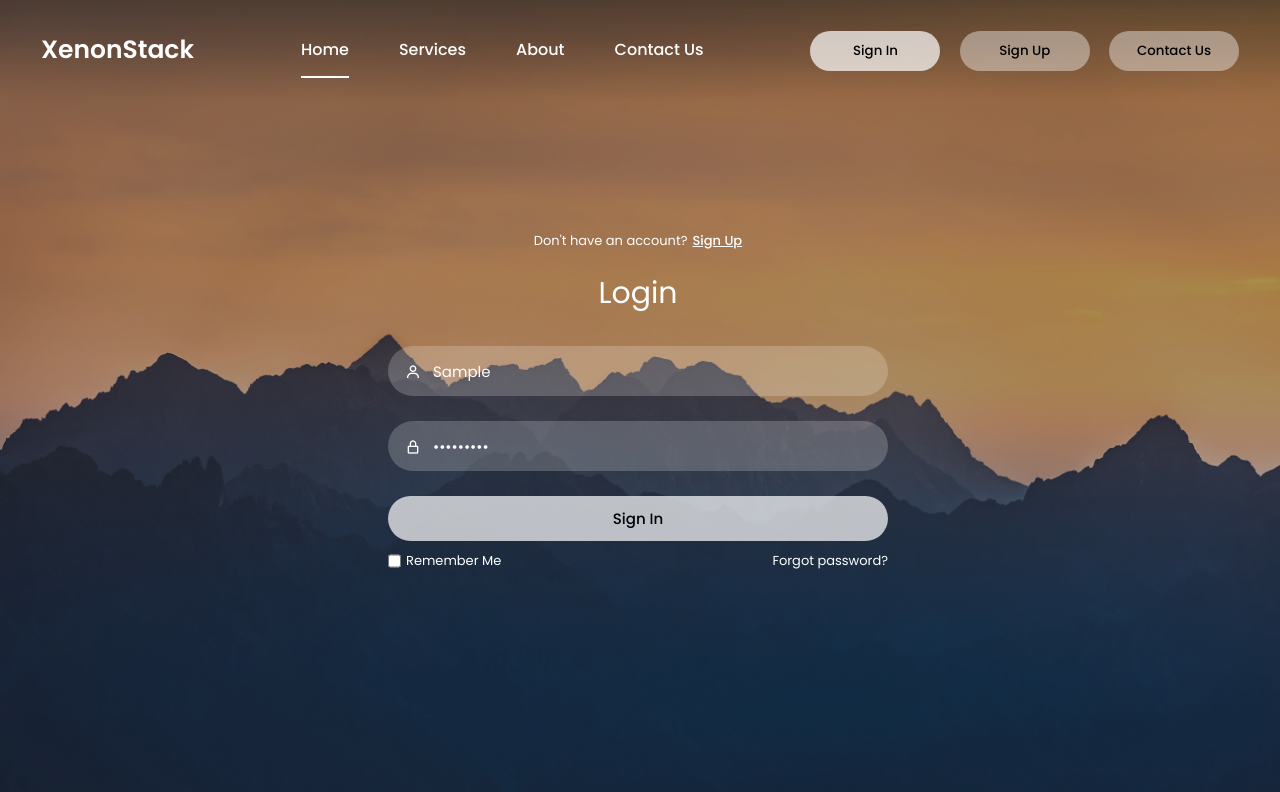
Repository: Abhikumar9061/Round2
Page: public/index.html
The author's editor kept a copy of each file at every save. The page is drawn from the files as they stood at one save, then again after the next save.
The browser window is 1280 px wide. The pictures show the whole page.
Empty fields were first filled with sample values (such as "Sample", 5 or name@example.com).
After loading, the first visible `button[onclick="contactForm()"]` was clicked once.
Backgrounds fixed to the window are drawn as part of the page.

Above is the page before, as saved 2024-01-10 13:12:39.
Console error: ReferenceError: contactForm is not defined

### public/index.html
<!DOCTYPE html>
<html lang="en">
  <head>
    <meta charset="UTF-8" />
    <meta http-equiv="X-UA-Compatible" content="IE=edge" />
    <meta name="viewport" content="width=device-width, initial-scale=1.0" />
    <link
      href="https://unpkg.com/boxicons@2.1.4/css/boxicons.min.css"
      rel="stylesheet"
    />
    <link rel="stylesheet" type="text/css" href="style.css" />
    <title>Technical Round | Login & Registration</title>
  </head>
  <body>
    <div class="wrapper">
      <nav class="nav">
        <div class="nav-logo">
          <p>XenonStack</p>
        </div>
        <div class="nav-menu" id="navMenu">
          <ul>
            <li><a href="#" class="link active">Home</a></li>
            <li><a href="#" class="link">Services</a></li>
            <li><a href="#" class="link">About</a></li>
            <li><a href="#" class="link">Contact Us</a></li>
          </ul>
        </div>
        <div class="nav-button">
          <button class="btn white-btn" id="loginBtn" onclick="login()">
            Sign In
          </button>
          <button class="btn" id="registerBtn" onclick="register()">
            Sign Up
          </button>
          <button class="btn" id="registerBtn" onclick="contactForm()">
            Contact Us
          </button>
        </div>
        <div class="nav-menu-btn">
          <i class="bx bx-menu" onclick="myMenuFunction()"></i>
        </div>
      </nav>

      <div class="form-box">
        <div class="login-container" id="login">
          <div class="top">
            <span
              >Don't have an account?
              <a href="#" onclick="register()">Sign Up</a></span
            >
            <header>Login</header>
          </div>
          <form action="/login" method="POST">
            <div class="input-box">
              <input
                type="text"
                class="input-field"
                placeholder="Username"
                name="username"
              />
              <i class="bx bx-user"></i>
            </div>
            <div class="input-box">
              <input
                type="password"
                class="input-field"
                placeholder="Password"
                name="password"
              />
              <i class="bx bx-lock-alt"></i>
            </div>
            <div class="input-box">
              <input type="submit" class="submit" value="Sign In" />
            </div>
          </form>
          <div class="two-col">
            <div class="one">
              <input type="checkbox" id="login-check" />
              <label for="login-check"> Remember Me</label>
            </div>
            <div class="two">
              <label><a href="#">Forgot password?</a></label>
            </div>
          </div>
        </div>

        <div class="register-container" id="register">
          <div class="top">
            <span
              >Have an account? <a href="#" onclick="login()">Login</a></span
            >
            <header>Sign Up</header>
          </div>
          <form action="/register" method="POST">
            <div class="two-forms">
              <div class="input-box">
                <input
                  type="text"
                  class="input-field"
                  placeholder="Firstname"
                  name="firstname"
                />
                <i class="bx bx-user"></i>
              </div>
              <div class="input-box">
                <input
                  type="text"
                  class="input-field"
                  placeholder="Lastname"
                  name="lastname"
                />
                <i class="bx bx-user"></i>
              </div>
            </div>
            <div class="input-box">
              <input
                type="text"
                class="input-field"
                placeholder="Email"
                name="email"
              />
              <i class="bx bx-envelope"></i>
            </div>
            <div class="input-box">
              <input
                type="password"
                class="input-field"
                placeholder="Password"
                name="password"
              />
              <i class="bx bx-lock-alt"></i>
            </div>
            <div class="input-box">
              <input type="submit" class="submit" value="Register" />
            </div>
          </form>
          <div class="two-col">
            <div class="one">
              <input type="checkbox" id="register-check" />
              <label for="register-check"> Remember Me</label>
            </div>
            <div class="two">
              <label><a href="#">Terms & conditions</a></label>
            </div>
          </div>
        </div>

        <div class="contact-container" id="contact">
          <div class="top">
            <span>Get in touch</span>
            <header>Contact Us</header>
          </div>
          <form action="/contact" method="POST">
            <div class="input-box">
              <input
                type="text"
                class="input-field"
                placeholder="Name"
                name="name"
              />
              <i class="bx bx-user"></i>
            </div>
            <div class="input-box">
              <input
                type="text"
                class="input-field"
                placeholder="Email"
                name="email"
              />
              <i class="bx bx-envelope"></i>
            </div>
            <div class="input-box">
              <textarea
                class="input-field"
                placeholder="Your Message"
                name="message"
              ></textarea>
              <i class="bx bx-message-alt-detail"></i>
            </div>
            <div class="input-box">
              <input type="submit" class="submit" value="Submit" />
            </div>
          </form>
        </div>
      </div>
    </div>

    <script>
      function myMenuFunction() {
        var i = document.getElementById("navMenu");

        if (i.className === "nav-menu") {
          i.className += " responsive";
        } else {
          i.className = "nav-menu";
        }
      }

      var a = document.getElementById("loginBtn");
      var b = document.getElementById("registerBtn");
      var x = document.getElementById("login");
      var y = document.getElementById("register");

      function login() {
        x.style.left = "4px";
        y.style.right = "-520px";
        a.className += " white-btn";
        b.className = "btn";
        x.style.opacity = 1;
        y.style.opacity = 0;
      }

      function register() {
        x.style.left = "-510px";
        y.style.right = "5px";
        a.className = "btn";
        b.className += " white-btn";
        x.style.opacity = 0;
        y.style.opacity = 1;
      }
    </script>
  </body>
</html>

### public/style.css
@import url('https://fonts.googleapis.com/css2?family=Poppins:wght@400;500;600;700&display=swap');

*{
    margin: 0;
    padding: 0;
    box-sizing: border-box;
    font-family: 'Poppins', sans-serif;
}
body{
    background: url("./images/1.jpg");
    background-size: cover;
    background-repeat: no-repeat;
    background-attachment: fixed;
    overflow: hidden;
}
.wrapper{
    display: flex;
    justify-content: center;
    align-items: center;
    min-height: 110vh;
    background: rgba(39, 39, 39, 0.4);
}
.nav{
    position: fixed;
    top: 0;
    display: flex;
    justify-content: space-around;
    width: 100%;
    height: 100px;
    line-height: 100px;
    background: linear-gradient(rgba(39,39,39, 0.6), transparent);
    z-index: 100;
}
.nav-logo p{
    color: white;
    font-size: 25px;
    font-weight: 600;
}
.nav-menu ul{
    display: flex;
}
.nav-menu ul li{
    list-style-type: none;
}
.nav-menu ul li .link{
    text-decoration: none;
    font-weight: 500;
    color: #fff;
    padding-bottom: 15px;
    margin: 0 25px;
}
.link:hover, .active{
    border-bottom: 2px solid #fff;
}
.nav-button .btn{
    width: 130px;
    height: 40px;
    font-weight: 500;
    background: rgba(255, 255, 255, 0.4);
    border: none;
    border-radius: 30px;
    cursor: pointer;
    transition: .3s ease;
}
.btn:hover{
    background: rgba(255, 255, 255, 0.3);
}
#registerBtn{
    margin-left: 15px;
}
.btn.white-btn{
    background: rgba(255, 255, 255, 0.7);
}
.btn.btn.white-btn:hover{
    background: rgba(255, 255, 255, 0.5);
}
.nav-menu-btn{
    display: none;
}
.form-box{
    position: relative;
    display: flex;
    align-items: center;
    justify-content: center;
    width: 512px;
    height: 420px;
    overflow: hidden;
    z-index: 2;
}
.login-container{
    position: absolute;
    left: 4px;
    width: 500px;
    display: flex;
    flex-direction: column;
    transition: .5s ease-in-out;
}
.register-container{
    position: absolute;
    right: -520px;
    width: 500px;
    display: flex;
    flex-direction: column;
    transition: .5s ease-in-out;
}
.top span{
    color: #fff;
    font-size: small;
    padding: 10px 0;
    display: flex;
    justify-content: center;
}
.top span a{
    font-weight: 500;
    color: #fff;
    margin-left: 5px;
}
header{
    color: #fff;
    font-size: 30px;
    text-align: center;
    padding: 10px 0 30px 0;
}
.two-forms{
    display: flex;
    gap: 10px;
}
.input-field{
    font-size: 15px;
    background: rgba(255, 255, 255, 0.2);
    color: #fff;
    height: 50px;
    width: 100%;
    padding: 0 10px 0 45px;
    border: none;
    border-radius: 30px;
    outline: none;
    transition: .2s ease;
}
.input-field:hover, .input-field:focus{
    background: rgba(255, 255, 255, 0.25);
}
::-webkit-input-placeholder{
    color: #fff;
}
.input-box i{
    position: relative;
    top: -35px;
    left: 17px;
    color: #fff;
}
.submit{
    font-size: 15px;
    font-weight: 500;
    color: black;
    height: 45px;
    width: 100%;
    border: none;
    border-radius: 30px;
    outline: none;
    background: rgba(255, 255, 255, 0.7);
    cursor: pointer;
    transition: .3s ease-in-out;
}
.submit:hover{
    background: rgba(255, 255, 255, 0.5);
    box-shadow: 1px 5px 7px 1px rgba(0, 0, 0, 0.2);
}
.two-col{
    display: flex;
    justify-content: space-between;
    color: #fff;
    font-size: small;
    margin-top: 10px;
}
.two-col .one{
    display: flex;
    gap: 5px;
}
.two label a{
    text-decoration: none;
    color: #fff;
}
.two label a:hover{
    text-decoration: underline;
}

.contact-container {
    position: absolute;
    top: 0;
    left: 520px;
    width: 500px;
    height: 100%;
    background: #fff;
    z-index: 2;
    opacity: 0;
    transition: 0.5s;
    padding: 40px;
    box-sizing: border-box;
  }

  .contact-container.show {
    left: 4px;
    opacity: 1;
  }


@media only screen and (max-width: 786px){
    .nav-button{
        display: none;
    }
    .nav-menu.responsive{
        top: 100px;
    }
    .nav-menu{
        position: absolute;
        top: -800px;
        display: flex;
        justify-content: center;
        background: rgba(255, 255, 255, 0.2);
        width: 100%;
        height: 90vh;
        backdrop-filter: blur(20px);
        transition: .3s;
    }
    .nav-menu ul{
        flex-direction: column;
        text-align: center;
    }
    .nav-menu-btn{
        display: block;
    }
    .nav-menu-btn i{
        font-size: 25px;
        color: #fff;
        padding: 10px;
        background: rgba(255, 255, 255, 0.2);
        border-radius: 50%;
        cursor: pointer;
        transition: .3s;
    }
    .nav-menu-btn i:hover{
        background: rgba(255, 255, 255, 0.15);
    }
}
@media only screen and (max-width: 540px) {
    .wrapper{
        min-height: 100vh;
    }
    .form-box{
        width: 100%;
        height: 500px;
    }
    .register-container, .login-container{
        width: 100%;
        padding: 0 20px;
    }
    .register-container .two-forms{
        flex-direction: column;
        gap: 0;
    }
}

After the next save:
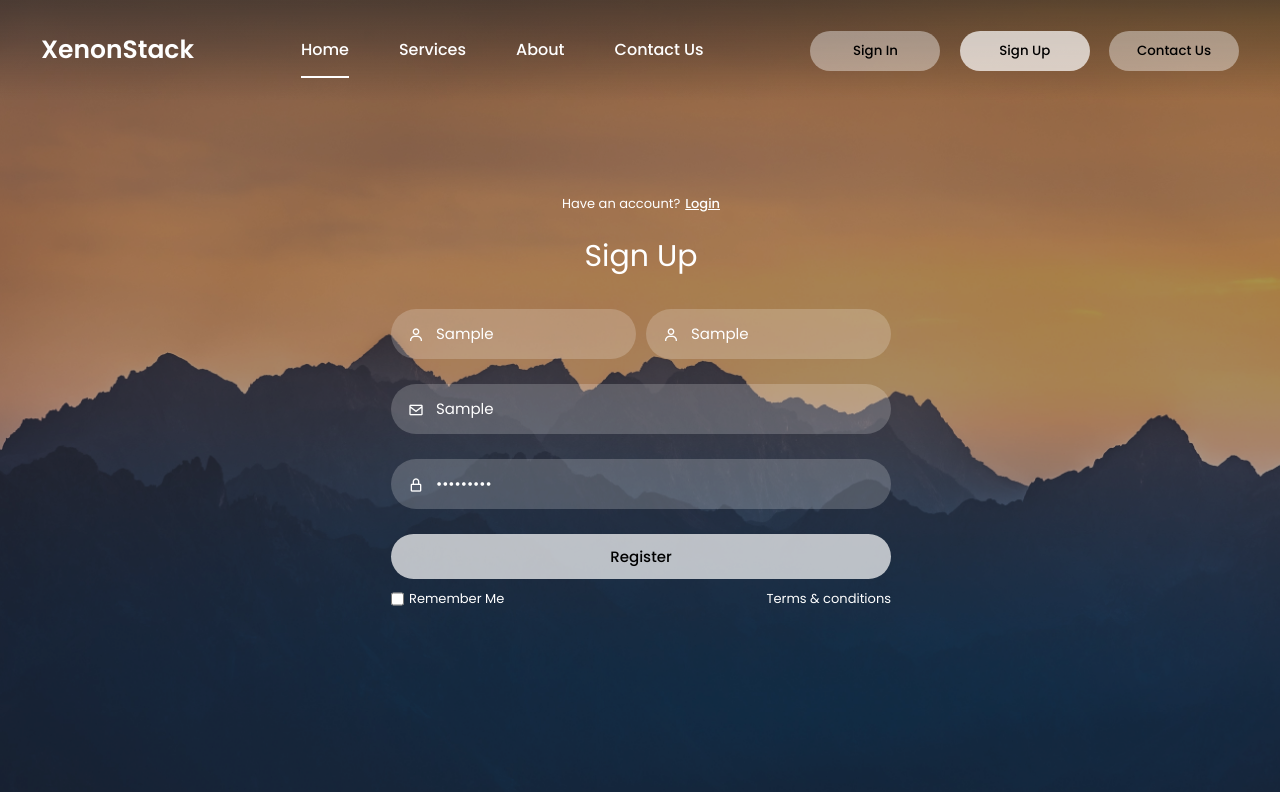
Console error: TypeError: Cannot read properties of null (reading 'className')
Saved 72 s later.
--- a/public/index.html
+++ b/public/index.html
@@ -200,6 +200,18 @@
       var b = document.getElementById("registerBtn");
       var x = document.getElementById("login");
       var y = document.getElementById("register");
+      var c = document.getElementById("contactBtn");
+
+      // Add a function for the contact button
+      function contactForm() {
+        x.style.left = "-510px";
+        y.style.right = "5px";
+        a.className = "btn";
+        b.className += " white-btn";
+        c.className += " white-btn";
+        x.style.opacity = 0;
+        y.style.opacity = 1;
+      }
 
       function login() {
         x.style.left = "4px";
